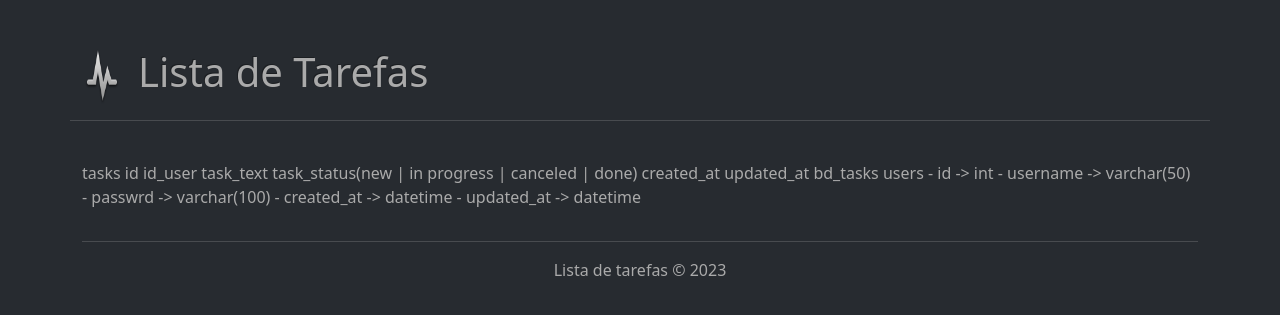
Repository: cargugati/lista_tarefas
Page: frontEnd/new_task.html
An editor plug-in stored every save of this project. The page is shown before and after the next save, followed by the edit.
The browser window is 1280 px wide. The pictures show the whole page.

Above is the page before, as saved 2023-03-30 10:24:42.

After the next save:
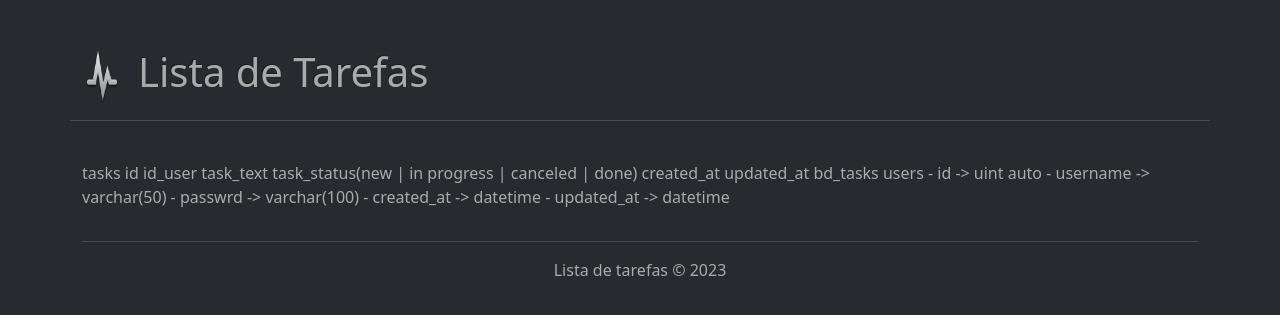
Saved 29 s later.
--- a/frontEnd/new_task.html
+++ b/frontEnd/new_task.html
@@ -38,7 +38,7 @@
 
     bd_tasks
     users
-    - id -> int
+    - id -> uint auto
     - username -> varchar(50)
     - passwrd -> varchar(100)
     - created_at -> datetime
